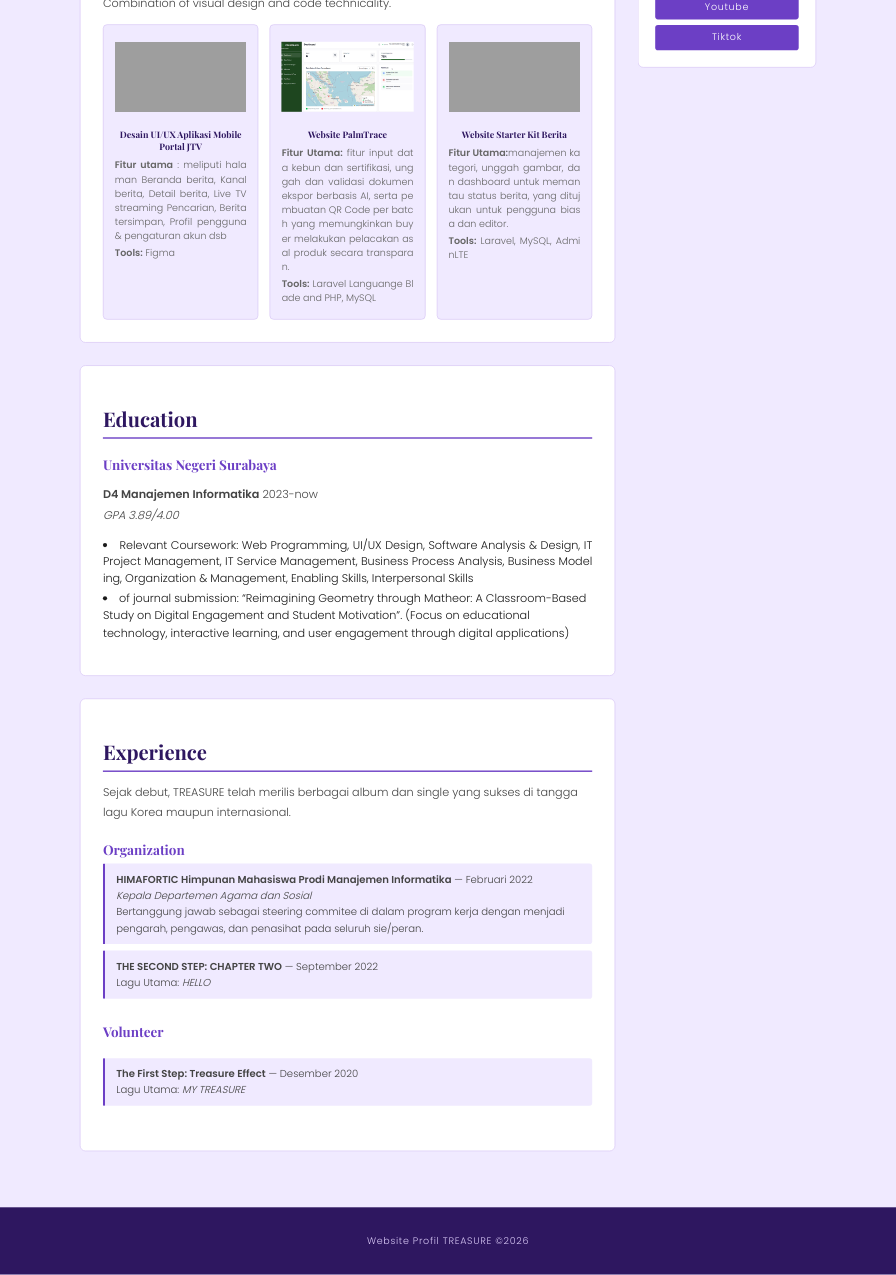
Repository: VergiMutiaRahmasyani/Website-Portofolio
Page: index.html
An editor plug-in stored every save of this project. The page is shown before and after a run of saves, followed by the edit.
The browser window is 1280 px wide. The pictures show the part of the page from y = 964 to 2884 px (the page is 2785 px tall before and 2884 px after), at 70% of full size.
Pictures or frames that could not be fetched are drawn as grey boxes.

Above is the page before, as saved 2026-03-07 14:32:04.

After the next 2 saves:
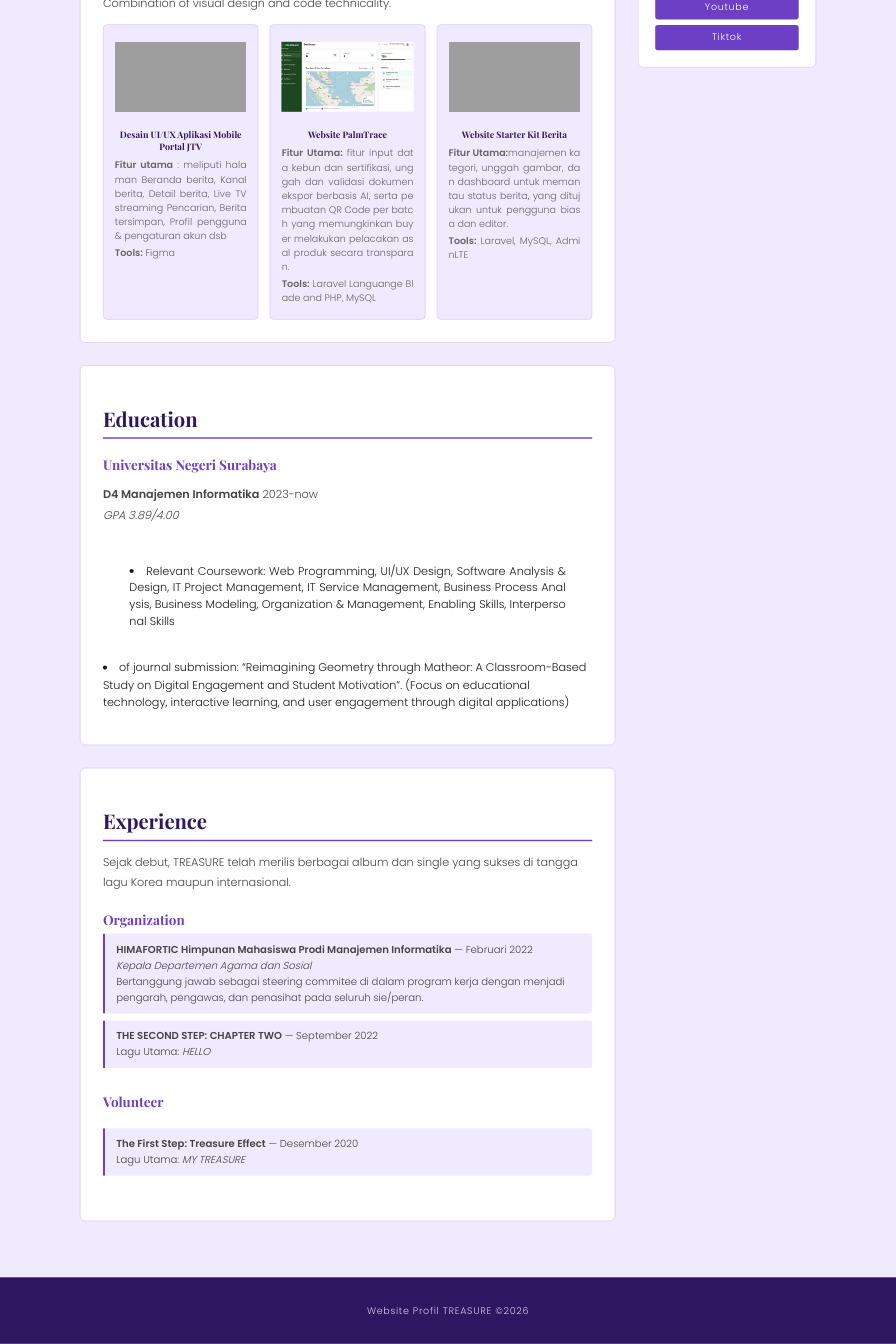
The 2 saves are shown as one change because they came seconds apart.
The last was saved 18 s later.
--- a/css/style.css
+++ b/css/style.css
@@ -199,7 +199,7 @@ article p {
 }
 
 .education-p {
-    padding: ;
+    padding: 1cm;
     margin: 0.2rem 0;
     line-height: 1.5;
     text-align: justify;
